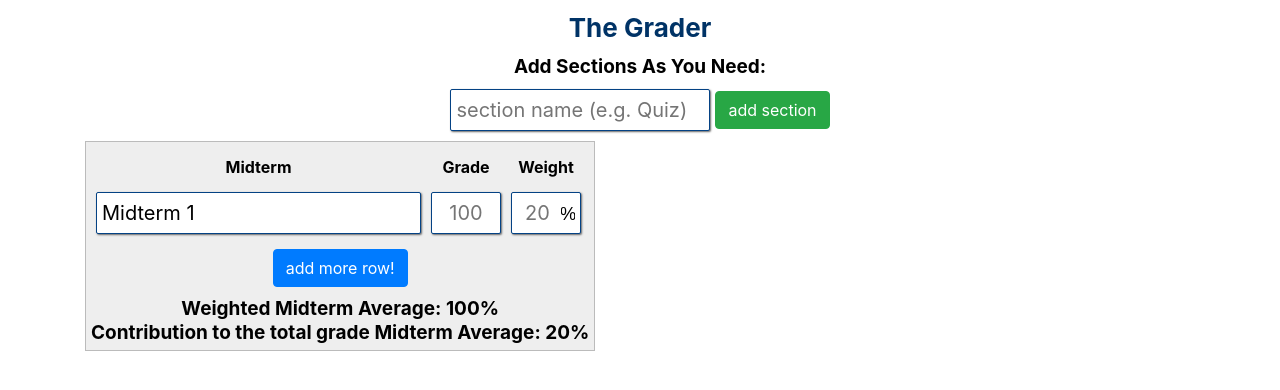
Repository: BarishNamazov/BarishNamazov.github.io
Page: thegrader/index.html
An editor plug-in stored every save of this project. The page is shown before and after the next save, followed by the edit.
The browser window is 1280 px wide. The pictures show the whole page.

Above is the page before, as saved 2020-10-31 18:24:41.

After the next save:
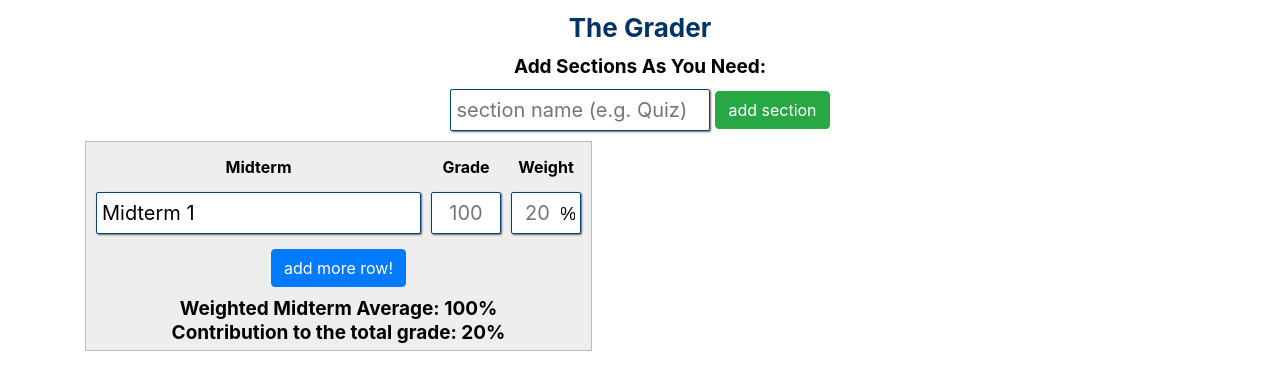
Saved 14 s later.
--- a/thegrader/index.html
+++ b/thegrader/index.html
@@ -51,7 +51,7 @@
                     <h3>
                       Weighted <span class="nameOfSection">Midterm</span> Average: <span class="sectionAverage">100</span>%
                       <br>
-                      Contribution to the total grade <span class="nameOfSection">Midterm</span> Average: <span class="sectionContribution">20</span>%
+                      Contribution to the total grade: <span class="sectionContribution">20</span>%
                     </h3>
                   </div>
                 </td>
